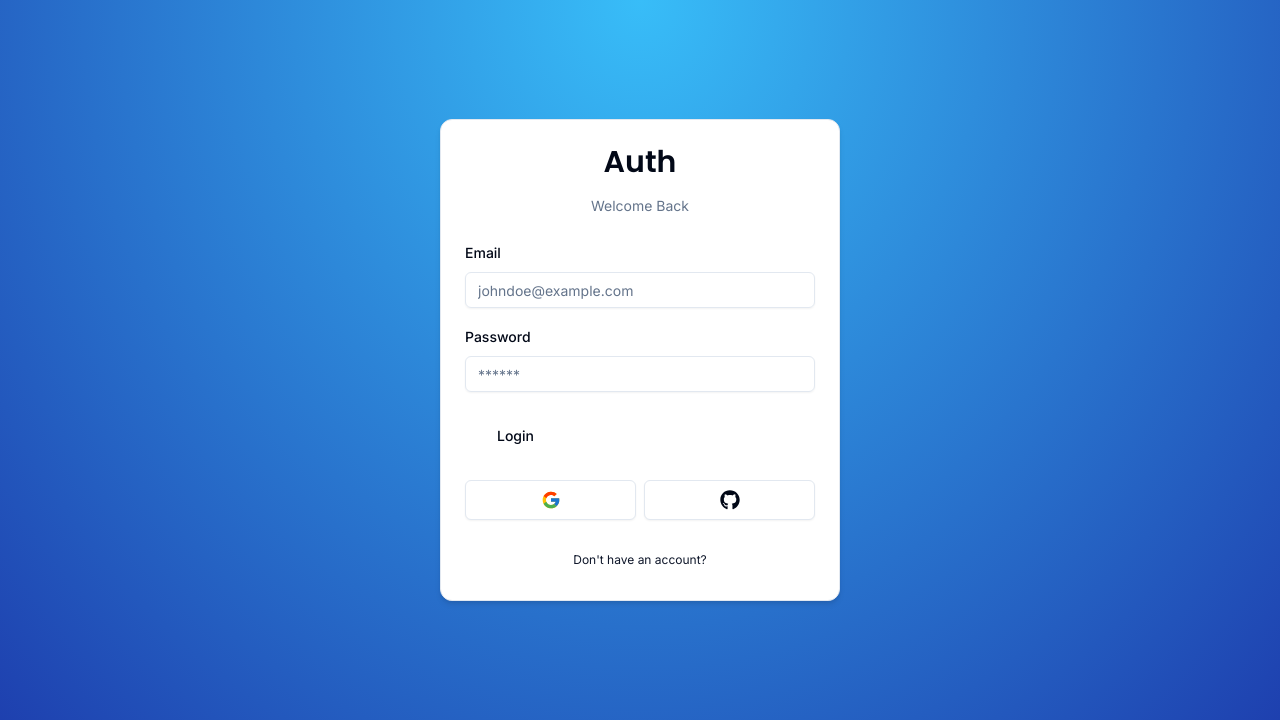
Repository: DevLaukey/next-auth-role-based
Page: /auth/login
The author's editor kept a copy of each file at every save. The page is drawn from the files as they stood at one save, then again after the next save.
The browser window is 1280 px wide. The pictures show the whole page.
The project was rebuilt for these pictures with package versions that can differ from the ones it lists, and the page was loaded fresh each time. The framework's server and built-in components were replaced by stand-ins that run in the browser. Also part of the build but not shown: next.config.js.

Above is the page before, as saved 2024-01-16 02:44:49.

### app/auth/layout.tsx
import React from "react";

function AuthLayout({ children }: { children: React.ReactNode }) {
  return (
    <div className="h-full flex items-center justify-center  bg-[radial-gradient(ellipse_at_top,_var(--tw-gradient-stops))] from-sky-400 to-blue-800">
      {children}
    </div>
  );
}

export default AuthLayout;

### app/auth/login/page.tsx
import { LoginForm } from "@/components/auth/login-form"

function LoginPage() {
  return (
   <LoginForm/>
  )
}

export default LoginPage

### components/auth/login-form.tsx
"use client";
import * as z from "zod";

import { CardWrapper } from "./card-wrapper";
import { useForm } from "react-hook-form";
import { zodResolver } from "@hookform/resolvers/zod";
import { LoginSchema } from "@/schemas";
import {
  Form,
  FormControl,
  FormField,
  FormItem,
  FormLabel,
  FormMessage,
} from "@/components/ui/form";
import { Input } from "../ui/input";
import { Button } from "../ui/button";

export const LoginForm = () => {
  const form = useForm<z.infer<typeof LoginSchema>>({
    resolver: zodResolver(LoginSchema),
    defaultValues: {
      email: "",
      password: "",
    },
  });

  return (
    <CardWrapper
      headerLabel="Welcome Back"
      backButtonLabel="Don't have an account?"
      backButtonHref="/auth/register"
      showSocial
    >
      <Form {...form}>
        <form
          onSubmit={form.handleSubmit((data) => console.log(data))}
          className="space-y-6"
        >
          <div className="space-y-4">
            <FormField
              control={form.control}
              name="email"
              render={({ field }) => (
                <FormItem>
                  <FormLabel>Email</FormLabel>
                  <FormControl />
                  <Input
                    {...field}
                    placeholder="johndoe@example.com"
                    type="email"
                  />
                  <FormMessage {...field} />
                </FormItem>
              )}
            />
            <FormField
              control={form.control}
              name="password"
              render={({ field }) => (
                <FormItem>
                  <FormLabel>Password</FormLabel>
                  <FormControl />
                  <Input {...field} placeholder="******" type="password" />
                  <FormMessage {...field} />
                </FormItem>
              )}
            />
          </div>
          <Button type="submit" variant="primary" size="lg" block>
            Login
          </Button>
        </form>
      </Form>
    </CardWrapper>
  );
};

### components/auth/card-wrapper.tsx
"use client";

import { Card, CardContent, CardFooter, CardHeader } from "../ui/card";
import { BackButton } from "./back-button";
import { Header } from "./header";
import { Socials } from "./socials";

interface CardWrapperProps {
  children: React.ReactNode;
  headerLabel: string;
  backButtonLabel: string;
  backButtonHref: string;
  showSocial: boolean;
}

export const CardWrapper = ({
  children,
  headerLabel,
  backButtonLabel,
  backButtonHref,
  showSocial,
}: CardWrapperProps) => {
  return (
    <Card className="w-[400px] shadow-md">
      <CardHeader>
        <Header label={headerLabel} />
      </CardHeader>
          <CardContent>{children}</CardContent>
          {
              showSocial && (<CardFooter>
                  <Socials />
              </CardFooter>)
          }
          <CardFooter>
              <BackButton label={backButtonLabel}
                  href={ backButtonHref} />

          </CardFooter>
    </Card>
  );
};

### schemas/index.ts
import * as z from "zod"

export const LoginSchema = z.object({
    email: z.string().email(),
    password: z.string()
});

### components/ui/form.tsx
import * as React from "react"
import * as LabelPrimitive from "@radix-ui/react-label"
import { Slot } from "@radix-ui/react-slot"
import {
  Controller,
  ControllerProps,
  FieldPath,
  FieldValues,
  FormProvider,
  useFormContext,
} from "react-hook-form"

import { cn } from "@/lib/utils"
import { Label } from "@/components/ui/label"

const Form = FormProvider

type FormFieldContextValue<
  TFieldValues extends FieldValues = FieldValues,
  TName extends FieldPath<TFieldValues> = FieldPath<TFieldValues>
> = {
  name: TName
}

const FormFieldContext = React.createContext<FormFieldContextValue>(
  {} as FormFieldContextValue
)

const FormField = <
  TFieldValues extends FieldValues = FieldValues,
  TName extends FieldPath<TFieldValues> = FieldPath<TFieldValues>
>({
  ...props
}: ControllerProps<TFieldValues, TName>) => {
  return (
    <FormFieldContext.Provider value={{ name: props.name }}>
      <Controller {...props} />
    </FormFieldContext.Provider>
  )
}

const useFormField = () => {
  const fieldContext = React.useContext(FormFieldContext)
  const itemContext = React.useContext(FormItemContext)
  const { getFieldState, formState } = useFormContext()

  const fieldState = getFieldState(fieldContext.name, formState)

  if (!fieldContext) {
    throw new Error("useFormField should be used within <FormField>")
  }

  const { id } = itemContext

  return {
    id,
    name: fieldContext.name,
    formItemId: `${id}-form-item`,
    formDescriptionId: `${id}-form-item-description`,
    formMessageId: `${id}-form-item-message`,
    ...fieldState,
  }
}

type FormItemContextValue = {
  id: string
}

const FormItemContext = React.createContext<FormItemContextValue>(
  {} as FormItemContextValue
)

const FormItem = React.forwardRef<
  HTMLDivElement,
  React.HTMLAttributes<HTMLDivElement>
>(({ className, ...props }, ref) => {
  const id = React.useId()

  return (
    <FormItemContext.Provider value={{ id }}>
      <div ref={ref} className={cn("space-y-2", className)} {...props} />
    </FormItemContext.Provider>
  )
})
FormItem.displayName = "FormItem"

const FormLabel = React.forwardRef<
  React.ElementRef<typeof LabelPrimitive.Root>,
  React.ComponentPropsWithoutRef<typeof LabelPrimitive.Root>
>(({ className, ...props }, ref) => {
  const { error, formItemId } = useFormField()

  return (
    <Label
      ref={ref}
      className={cn(error && "text-destructive", className)}
      htmlFor={formItemId}
      {...props}
    />
  )
})
FormLabel.displayName = "FormLabel"

const FormControl = React.forwardRef<
  React.ElementRef<typeof Slot>,
  React.ComponentPropsWithoutRef<typeof Slot>
>(({ ...props }, ref) => {
  const { error, formItemId, formDescriptionId, formMessageId } = useFormField()

  return (
    <Slot
      ref={ref}
      id={formItemId}
      aria-describedby={
        !error
          ? `${formDescriptionId}`
          : `${formDescriptionId} ${formMessageId}`
      }
      aria-invalid={!!error}
      {...props}
    />
  )
})
FormControl.displayName = "FormControl"

const FormDescription = React.forwardRef<
  HTMLParagraphElement,
  React.HTMLAttributes<HTMLParagraphElement>
>(({ className, ...props }, ref) => {
  const { formDescriptionId } = useFormField()

  return (
    <p
      ref={ref}
      id={formDescriptionId}
      className={cn("text-[0.8rem] text-muted-foreground", className)}
      {...props}
    />
  )
})
FormDescription.displayName = "FormDescription"

const FormMessage = React.forwardRef<
  HTMLParagraphElement,
  React.HTMLAttributes<HTMLParagraphElement>
>(({ className, children, ...props }, ref) => {
  const { error, formMessageId } = useFormField()
  const body = error ? String(error?.message) : children

  if (!body) {
    return null
  }

  return (
    <p
      ref={ref}
      id={formMessageId}
      className={cn("text-[0.8rem] font-medium text-destructive", className)}
      {...props}
    >
      {body}
    </p>
  )
})
FormMessage.displayName = "FormMessage"

export {
  useFormField,
  Form,
  FormItem,
  FormLabel,
  FormControl,
  FormDescription,
  FormMessage,
  FormField,
}

### components/ui/input.tsx
import * as React from "react"

import { cn } from "@/lib/utils"

export interface InputProps
  extends React.InputHTMLAttributes<HTMLInputElement> {}

const Input = React.forwardRef<HTMLInputElement, InputProps>(
  ({ className, type, ...props }, ref) => {
    return (
      <input
        type={type}
        className={cn(
          "flex h-9 w-full rounded-md border border-input bg-transparent px-3 py-1 text-sm shadow-sm transition-colors file:border-0 file:bg-transparent file:text-sm file:font-medium placeholder:text-muted-foreground focus-visible:outline-none focus-visible:ring-1 focus-visible:ring-ring disabled:cursor-not-allowed disabled:opacity-50",
          className
        )}
        ref={ref}
        {...props}
      />
    )
  }
)
Input.displayName = "Input"

export { Input }

### components/ui/button.tsx
import * as React from "react"
import { Slot } from "@radix-ui/react-slot"
import { cva, type VariantProps } from "class-variance-authority"

import { cn } from "@/lib/utils"

const buttonVariants = cva(
  "inline-flex items-center justify-center whitespace-nowrap rounded-md text-sm font-medium transition-colors focus-visible:outline-none focus-visible:ring-1 focus-visible:ring-ring disabled:pointer-events-none disabled:opacity-50",
  {
    variants: {
      variant: {
        default:
          "bg-primary text-primary-foreground shadow hover:bg-primary/90",
        destructive:
          "bg-destructive text-destructive-foreground shadow-sm hover:bg-destructive/90",
        outline:
          "border border-input bg-background shadow-sm hover:bg-accent hover:text-accent-foreground",
        secondary:
          "bg-secondary text-secondary-foreground shadow-sm hover:bg-secondary/80",
        ghost: "hover:bg-accent hover:text-accent-foreground",
        link: "text-primary underline-offset-4 hover:underline",
      },
      size: {
        default: "h-9 px-4 py-2",
        sm: "h-8 rounded-md px-3 text-xs",
        lg: "h-10 rounded-md px-8",
        icon: "h-9 w-9",
      },
    },
    defaultVariants: {
      variant: "default",
      size: "default",
    },
  }
)

export interface ButtonProps
  extends React.ButtonHTMLAttributes<HTMLButtonElement>,
    VariantProps<typeof buttonVariants> {
  asChild?: boolean
}

const Button = React.forwardRef<HTMLButtonElement, ButtonProps>(
  ({ className, variant, size, asChild = false, ...props }, ref) => {
    const Comp = asChild ? Slot : "button"
    return (
      <Comp
        className={cn(buttonVariants({ variant, size, className }))}
        ref={ref}
        {...props}
      />
    )
  }
)
Button.displayName = "Button"

export { Button, buttonVariants }

### components/ui/card.tsx
import * as React from "react"

import { cn } from "@/lib/utils"

const Card = React.forwardRef<
  HTMLDivElement,
  React.HTMLAttributes<HTMLDivElement>
>(({ className, ...props }, ref) => (
  <div
    ref={ref}
    className={cn(
      "rounded-xl border bg-card text-card-foreground shadow",
      className
    )}
    {...props}
  />
))
Card.displayName = "Card"

const CardHeader = React.forwardRef<
  HTMLDivElement,
  React.HTMLAttributes<HTMLDivElement>
>(({ className, ...props }, ref) => (
  <div
    ref={ref}
    className={cn("flex flex-col space-y-1.5 p-6", className)}
    {...props}
  />
))
CardHeader.displayName = "CardHeader"

const CardTitle = React.forwardRef<
  HTMLParagraphElement,
  React.HTMLAttributes<HTMLHeadingElement>
>(({ className, ...props }, ref) => (
  <h3
    ref={ref}
    className={cn("font-semibold leading-none tracking-tight", className)}
    {...props}
  />
))
CardTitle.displayName = "CardTitle"

const CardDescription = React.forwardRef<
  HTMLParagraphElement,
  React.HTMLAttributes<HTMLParagraphElement>
>(({ className, ...props }, ref) => (
  <p
    ref={ref}
    className={cn("text-sm text-muted-foreground", className)}
    {...props}
  />
))
CardDescription.displayName = "CardDescription"

const CardContent = React.forwardRef<
  HTMLDivElement,
  React.HTMLAttributes<HTMLDivElement>
>(({ className, ...props }, ref) => (
  <div ref={ref} className={cn("p-6 pt-0", className)} {...props} />
))
CardContent.displayName = "CardContent"

const CardFooter = React.forwardRef<
  HTMLDivElement,
  React.HTMLAttributes<HTMLDivElement>
>(({ className, ...props }, ref) => (
  <div
    ref={ref}
    className={cn("flex items-center p-6 pt-0", className)}
    {...props}
  />
))
CardFooter.displayName = "CardFooter"

export { Card, CardHeader, CardFooter, CardTitle, CardDescription, CardContent }

### components/auth/back-button.tsx
"use client";

import Link from "next/link";
import { Button } from "../ui/button";

interface BackButtonProps {
  label: string;
  href: string;
}
export const BackButton = ({ href, label }: BackButtonProps) => {
  return (
    <Button className="w-full font-normal" variant="link" size="sm" asChild>
      <Link href={href}>{label}</Link>
    </Button>
  );
};

### components/auth/header.tsx
import { Poppins } from "next/font/google";
import { cn } from "@/lib/utils";

const font = Poppins({
  subsets: ["latin"],
  weight: ["600"],
});

interface HeaderProps {
  label: string;
}

export const Header = ({ label }: HeaderProps) => {
  return (
    <div className="w-full flex flex-col gap-y-4 items-center justify-center">
      <h1 className={cn("text-3xl font-semibold", font.className)}>Auth</h1>
      <p className="text-muted-foreground text-sm">{label}</p>
    </div>
  );
};

### components/auth/socials.tsx
"use client";

import { FcGoogle } from "react-icons/fc";
import {FaGithub } from "react-icons/fa";
import { Button } from "../ui/button";

export const Socials = () => {
  return (
    <div className="flex items-center w-full gap-x-2">
      <Button className="w-full" variant="outline" size="lg">
        <FcGoogle className=" h-5 w-5" />
      </Button>
      <Button className="w-full" variant="outline" size="lg">
        <FaGithub className=" h-5 w-5" />
      </Button>
    </div>
  );
};

### components/ui/label.tsx
"use client"

import * as React from "react"
import * as LabelPrimitive from "@radix-ui/react-label"
import { cva, type VariantProps } from "class-variance-authority"

import { cn } from "@/lib/utils"

const labelVariants = cva(
  "text-sm font-medium leading-none peer-disabled:cursor-not-allowed peer-disabled:opacity-70"
)

const Label = React.forwardRef<
  React.ElementRef<typeof LabelPrimitive.Root>,
  React.ComponentPropsWithoutRef<typeof LabelPrimitive.Root> &
    VariantProps<typeof labelVariants>
>(({ className, ...props }, ref) => (
  <LabelPrimitive.Root
    ref={ref}
    className={cn(labelVariants(), className)}
    {...props}
  />
))
Label.displayName = LabelPrimitive.Root.displayName

export { Label }

Loaded but not shown: app/layout.tsx (common file); app/globals.css (common file); lib/utils.ts (common file); tailwind.config.ts (common file)

After the next save:
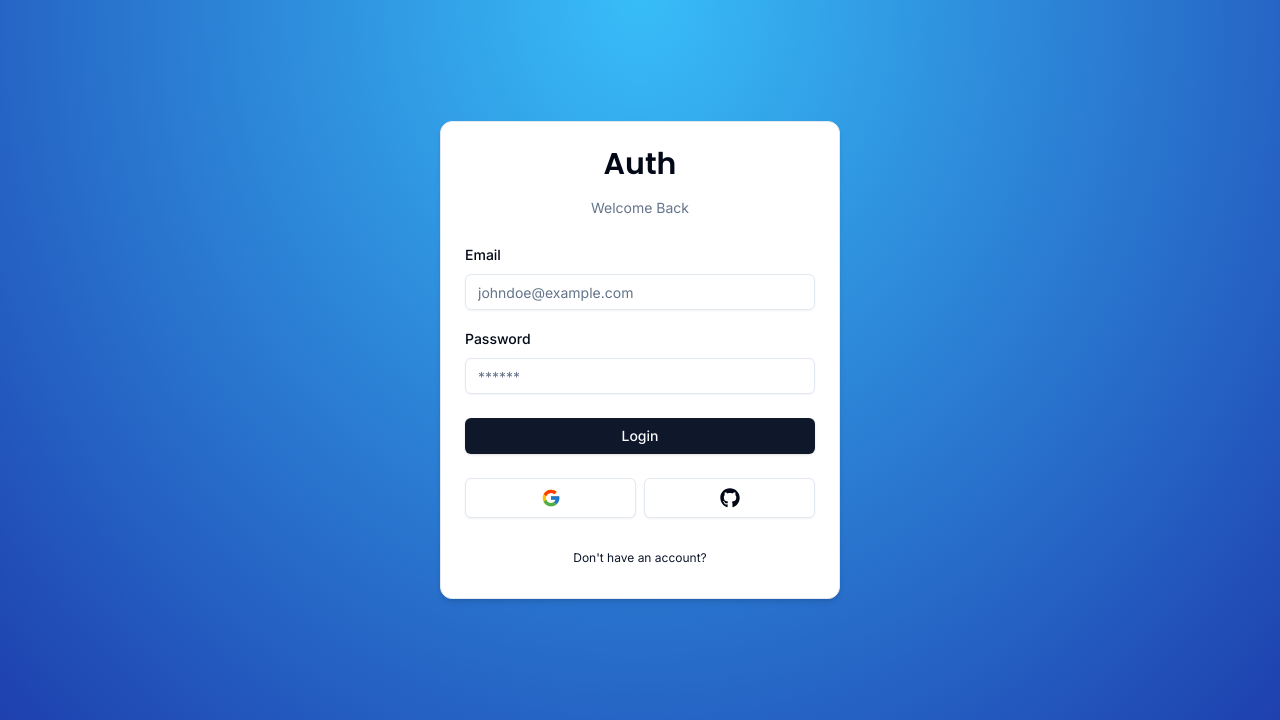
Saved 22 s later.
--- a/components/auth/login-form.tsx
+++ b/components/auth/login-form.tsx
@@ -67,7 +67,7 @@ export const LoginForm = () => {
               )}
             />
           </div>
-          <Button type="submit" variant="primary" size="lg" block>
+          <Button type="submit" className="w-full">
             Login
           </Button>
         </form>
